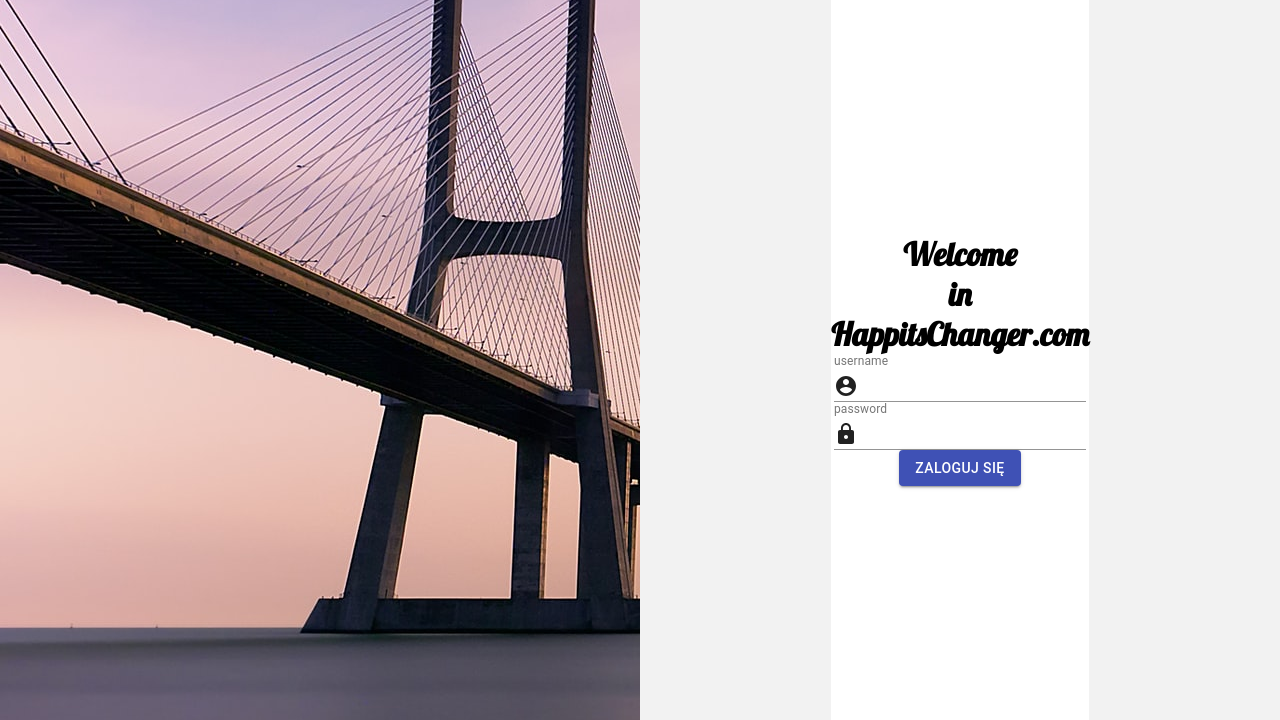
Repository: pgruca96/HappitsChanger
Page: /
An editor plug-in stored every save of this project. The page is shown before and after the next save, followed by the edit.
The browser window is 1280 px wide. The pictures show the whole page.
The project was rebuilt for these pictures with package versions that can differ from the ones it lists, and the page was loaded fresh each time.

Above is the page before, as saved 2020-10-25 17:23:48.

### public/index.html
<!DOCTYPE html>
<html lang="en">

<head>
  <meta charset="utf-8" />
  <link rel="icon" href="%PUBLIC_URL%/favicon.ico" />
  <meta name="viewport" content="width=device-width, initial-scale=1" />
  <meta name="theme-color" content="#000000" />
  <meta name="description" content="Web site created using create-react-app" />
  <link href="https://fonts.googleapis.com/css?family=Lobster" rel="stylesheet" type="text/css">
  <link rel="apple-touch-icon" href="%PUBLIC_URL%/logo192.png" />
  <!--
      manifest.json provides metadata used when your web app is installed on a
      user's mobile device or desktop. See https://developers.google.com/web/fundamentals/web-app-manifest/
    -->
  <link rel="manifest" href="%PUBLIC_URL%/manifest.json" />
  <!--
      Notice the use of %PUBLIC_URL% in the tags above.
      It will be replaced with the URL of the `public` folder during the build.
      Only files inside the `public` folder can be referenced from the HTML.

      Unlike "/favicon.ico" or "favicon.ico", "%PUBLIC_URL%/favicon.ico" will
      work correctly both with client-side routing and a non-root public URL.
      Learn how to configure a non-root public URL by running `npm run build`.
    -->
  <title>React App</title>
</head>

<body>
  <noscript>You need to enable JavaScript to run this app.</noscript>
  <div id="root"></div>
  <!--
      This HTML file is a template.
      If you open it directly in the browser, you will see an empty page.

      You can add webfonts, meta tags, or analytics to this file.
      The build step will place the bundled scripts into the <body> tag.

      To begin the development, run `npm start` or `yarn start`.
      To create a production bundle, use `npm run build` or `yarn build`.
    -->
</body>

</html>

### src/App.js
import "./App.css";
import { BrowserRouter as Router, Route } from "react-router-dom";
import LoginPage from "./containers/loginPage";

const App = () => {
  return (
    <div className="app">
      <Router>
        <Route path="/" exact component={LoginPage} />
      </Router>
    </div>
  );
};

export default App;

### src/App.css
*,
*::before,
*::after {
  margin: 0;
  padding: 0;
  box-sizing: border-box;
}

.app {
  min-width: 100vw;
  min-height: 100vh;
}

### src/containers/loginPage/index.js
import React from "react";
import { LoginPageContainer } from "../../styles/LoginPage";
import LoginForm from "../../components/form/index";
import { loginTheme } from "../../styles/colors";
import { Grid, Box } from "@material-ui/core";

const LoginPage = () => {
  return (
    <LoginPageContainer>
      <Grid container justify="flex-end">
        <Grid container item xs={12} sm={6}>
          <Grid item xs={12}>
            <Box
              bgcolor={loginTheme}
              height={1}
              display="flex"
              //   alignItems="center"
              //   justifyContent="center"
            >
              <LoginForm />
            </Box>
          </Grid>
        </Grid>
      </Grid>
    </LoginPageContainer>
  );
};

export default LoginPage;

### src/styles/LoginPage.js
import styled from "styled-components";
import background from "../assets/login-background.jpg";

export const LoginPageContainer = styled.div`
  display: flex;
  justify-content: flex-end;
  background: url(${background}) left;
  width: 100vw;
  height: 100vh;
`;

### src/components/form/index.js
import React from "react";
import TextField from "@material-ui/core/TextField";
import InputAdornment from "@material-ui/core/InputAdornment";
import AccountCircle from "@material-ui/icons/AccountCircle";
import LockIcon from "@material-ui/icons/Lock";
import Button from "@material-ui/core/Button";
import { useStyles } from "../../styles/Form";
import { Header } from "../../styles/h2";
import { ColumnCenter } from "../../styles/columnCenter";

const LoginForm = () => {
  const { form } = useStyles();
  return (
    <form className={form}>
      <Header>
        Welcome
        <br /> in <br />
        HappitsChanger.com
      </Header>
      <ColumnCenter>
        <TextField
          id="username"
          label="username"
          placement="top"
          InputProps={{
            startAdornment: (
              <InputAdornment position="start">
                <AccountCircle />
              </InputAdornment>
            ),
          }}
        />
        <TextField
          id="password"
          label="password"
          InputProps={{
            startAdornment: (
              <InputAdornment position="start">
                <LockIcon />
              </InputAdornment>
            ),
          }}
        />
        <Button variant="contained" color="primary">
          Zaloguj się
        </Button>
      </ColumnCenter>
    </form>
  );
};

export default LoginForm;

### src/styles/colors.js
export const loginTheme = "#f2f2f2";

### src/styles/Form.js
import { makeStyles } from "@material-ui/core/styles";

export const ColumnCenter = {
  display: "flex",
  flexDirection: "column",
  justifyContent: "center",
  alignItems: "center",
};

export const useStyles = makeStyles((theme) => ({
  form: {
    background: "white",
    display: "flex",
    flexDirection: "column",
    justifyContent: "center",
    alignItems: "space-around",
    marginLeft: "auto",
    marginRight: "auto",
    // padding: theme.spacing(3, 6),
  },
  // margin: {
  //   margin: theme.spacing(3, 6),
  // },
}));

### src/styles/h2.js
import styled from "styled-components";

export const Header = styled.h2`
  font-family: Lobster, open-sans;
  font-size: 2rem;
  text-align: center;
`;

### src/styles/columnCenter.js
import styled from "styled-components";

export const ColumnCenter = styled.div`
  display: flex;
  flex-direction: column;
  justify-content: space-around;
  align-items: center;
`;

Loaded but not shown: src/index.js (common file); src/index.css (common file); src/reportWebVitals.js (common file)

After the next save:
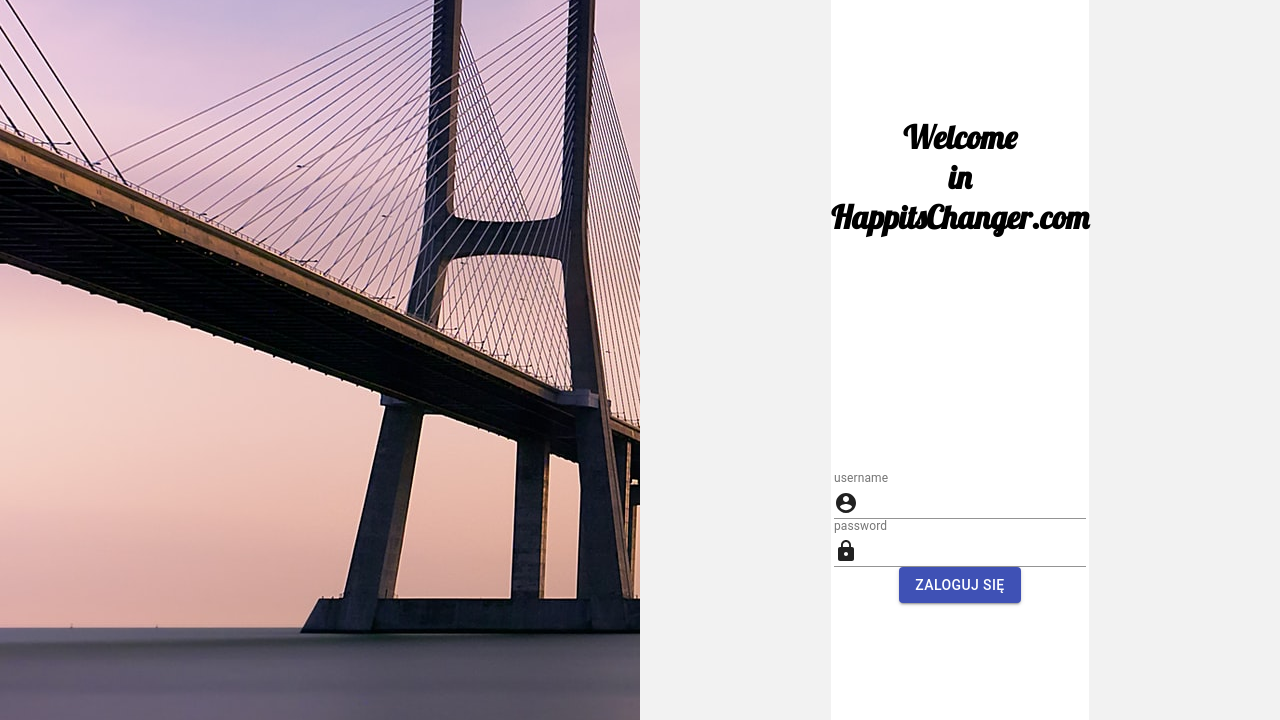
Saved 11 s later.
--- a/src/styles/Form.js
+++ b/src/styles/Form.js
@@ -12,8 +12,8 @@
     background: "white",
     display: "flex",
     flexDirection: "column",
-    justifyContent: "center",
-    alignItems: "space-around",
+    justifyContent: "space-around",
+    alignItems: "center",
     marginLeft: "auto",
     marginRight: "auto",
     // padding: theme.spacing(3, 6),
